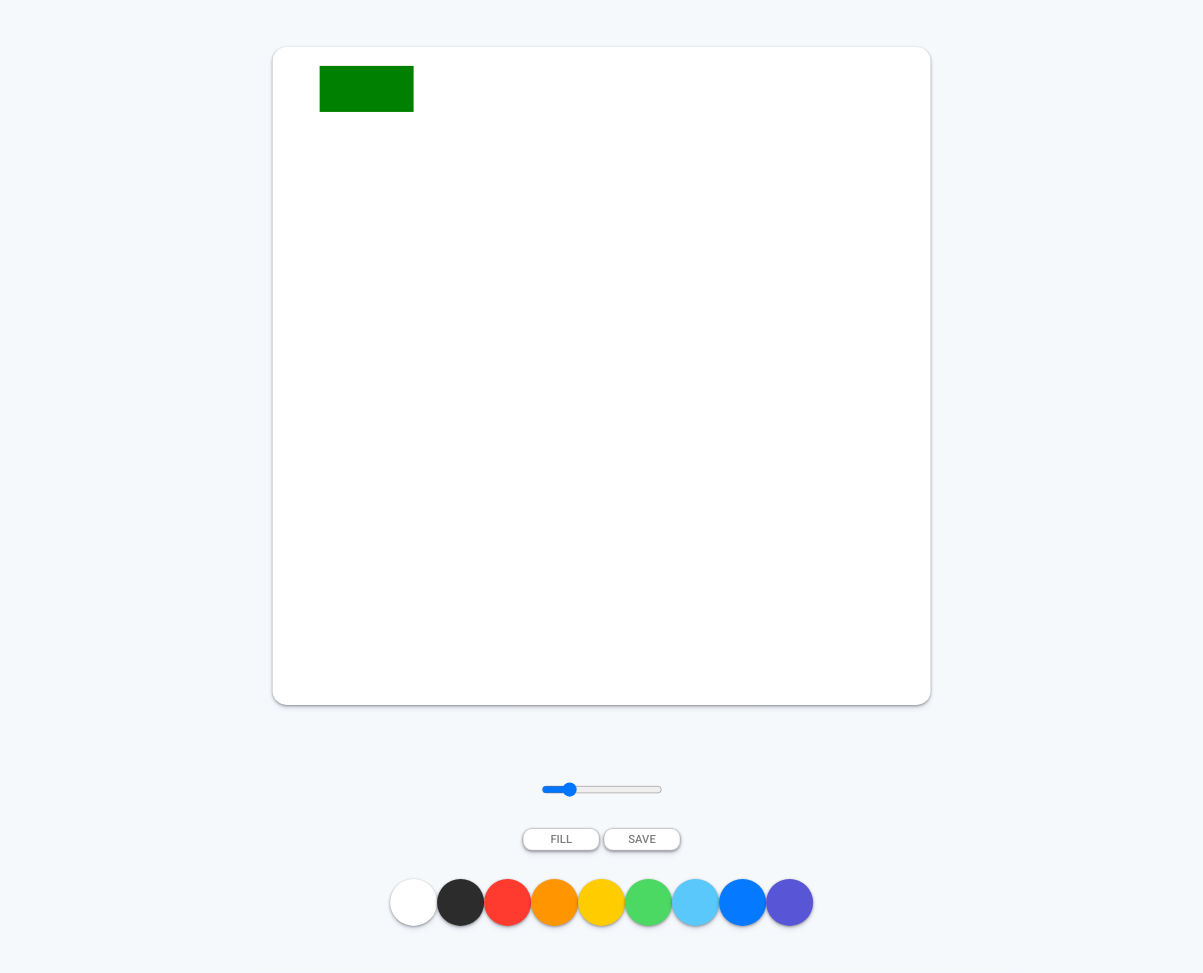
Repository: haleyjung/paintjs
Page: index.html
An editor plug-in stored every save of this project. The page is shown before and after a run of saves, followed by the edit.
The browser window is 1280 px wide. The pictures show the whole page, at 94% of full size.

Above is the page before, as saved 2020-11-25 23:43:58.

After the next 2 saves:
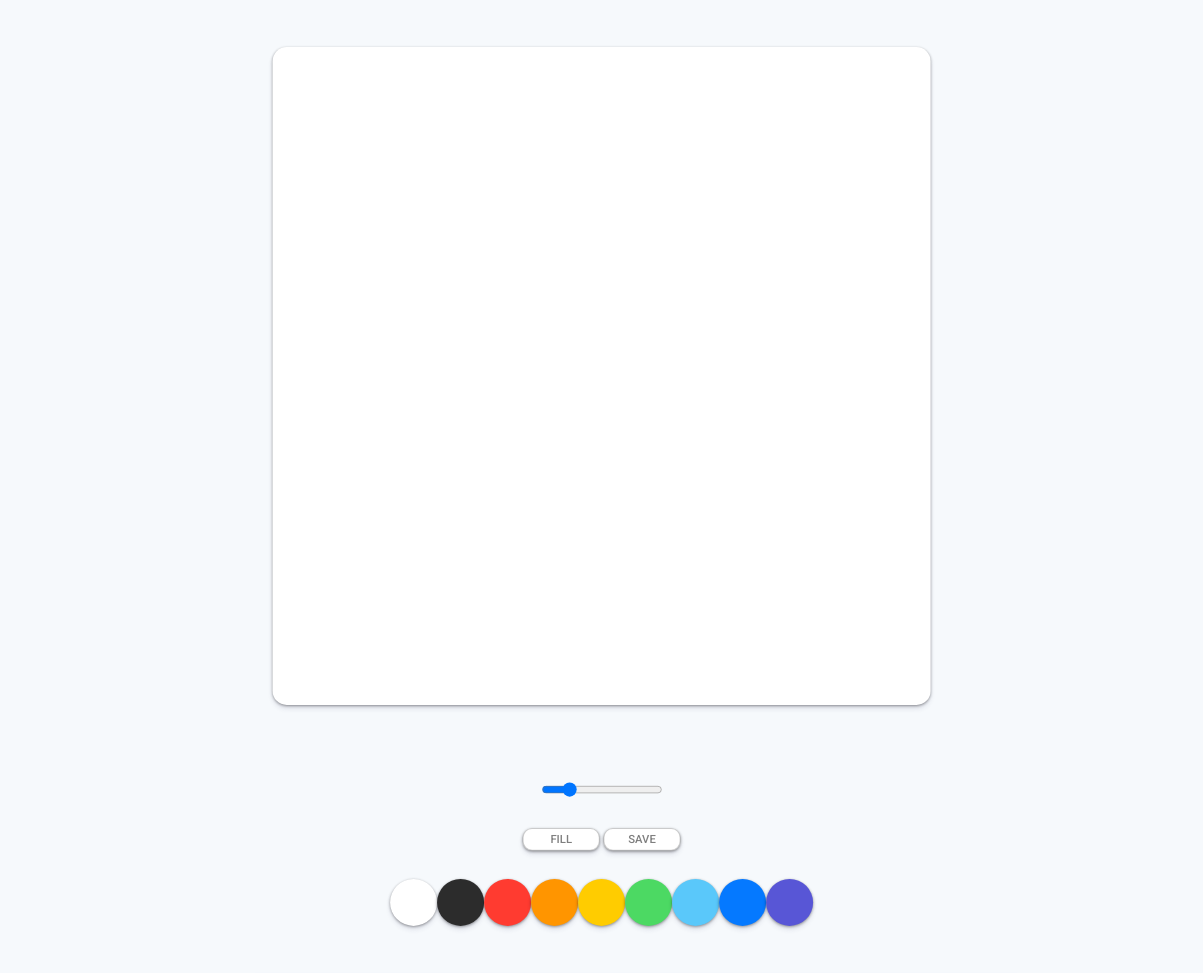
The 2 saves are shown as one change because they came seconds apart.
The last was saved 85 s later.
--- a/app.js
+++ b/app.js
@@ -10,12 +10,8 @@ canvas.width = 700;
 canvas.height = 700;
 
 // Set the style of the stroke in canvas
-ctx.strokeStyle ="#2c2c2c"
+ctx.strokeStyle ="blue";
 ctx.lineWidth=2.5;
-
-// Set filling the canvas with selected color
-ctx.fillStyle = "green";
-ctx.fillRect(50, 20, 100, 49);
 
 let painting = false;
 let filling = false;
